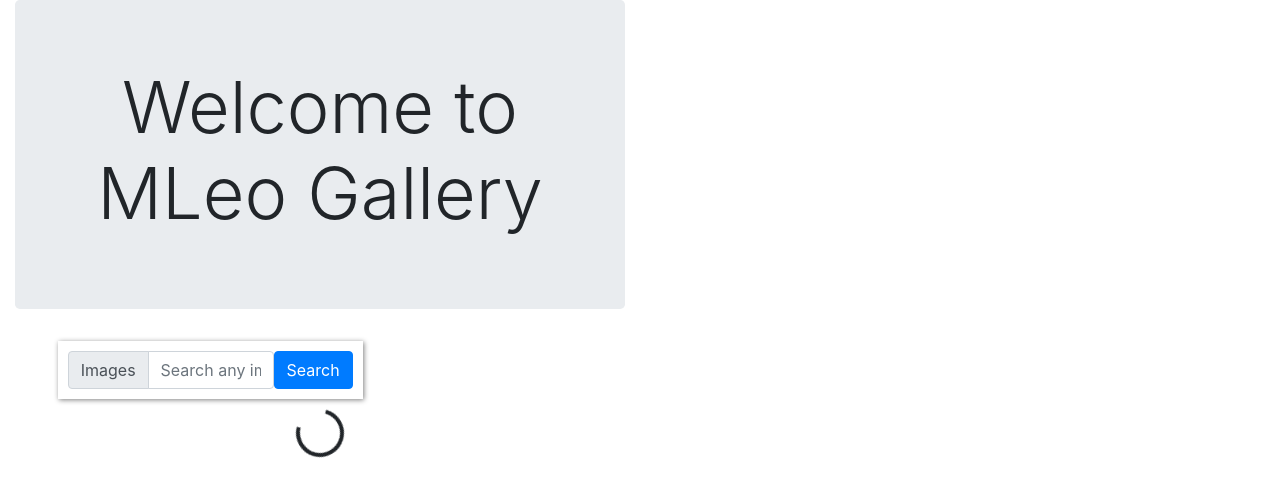
Repository: the-manohar/gallery
Page: /
An editor plug-in stored every save of this project. The page is shown before and after the next save, followed by the edit.
The browser window is 1280 px wide. The pictures show the whole page.
The project was rebuilt for these pictures with package versions that can differ from the ones it lists, and the page was loaded fresh each time.

Above is the page before, as saved 2020-06-18 23:21:11.

### src/index.js
import React from "react";
import ReactDOM from "react-dom";
import "./index.css";
import "bootstrap/dist/css/bootstrap.css";
import App from "./App";
import * as serviceWorker from "./serviceWorker";

ReactDOM.render(
  <React.StrictMode>
    <App />
  </React.StrictMode>,
  document.getElementById("root")
);

// If you want your app to work offline and load faster, you can change
// unregister() to register() below. Note this comes with some pitfalls.
// Learn more about service workers: https://bit.ly/CRA-PWA
serviceWorker.unregister();

### src/App.js
import React, { useState } from "react";
import {
  Button,
  InputGroup,
  InputGroupText,
  InputGroupAddon,
  Input,
  Jumbotron,
  Spinner,
} from "reactstrap";

import "./App.css";

function App() {
  const [value, setValue] = useState("");
  const [result, setResult] = useState([]);
  const fetchImages = () => {
    fetch(
      `https://api.unsplash.com/search/photos/?client_id=V38aA4zOjg1Xb1lBpNRUAK8duXvqwhDHHJbssXB_Pps&query=${value}&orientation=squarish&per_page=18`
    )
      .then((res) => res.json())
      .then((data) => {
        setResult(data.results);
      });
  };
  return (
    <div className="App col-sm-6">
      <Jumbotron>
        <h1 className="display-3">Welcome to MLeo Gallery</h1>
      </Jumbotron>
      <div className="mydiv col-sm-6">
        {/* <span>Search</span> */}
        <InputGroup>
          <InputGroupAddon addonType="prepend">
            <InputGroupText>Images</InputGroupText>
          </InputGroupAddon>
          <Input
            placeholder="Search any image"
            value={value}
            onChange={(event) => setValue(event.target.value)}
          />
        </InputGroup>
        <Button color="primary" onClick={() => fetchImages()}>
          Search
        </Button>
      </div>

      {result.length > 0 ? (
        <div className="gallery">
          {result.map((item) => {
            return (
              <img
                className="item img-thumbnail"
                key={item.id}
                src={item.urls.small}
                alt={item.urls.small}
              />
            );
          })}
        </div>
      ) : (
        <Spinner style={{ width: "3rem", height: "3rem" }} />
      )}
    </div>
  );
}

export default App;

//

### src/App.css
.App {
  text-align: center;
}
.mydiv {
  display: flex;
  justify-content: space-around;
  margin: 10px 7%;
  box-shadow: 1px 1px 5px grey;
  padding: 10px;
}

.gallery {
  display: flex;
  flex-wrap: wrap;
  justify-content: space-around;
}
.item {
  width: 30%;
  margin: 5px;
}

Loaded but not shown: public/index.html (common file); src/index.css (common file); src/serviceWorker.js (common file)

After the next save:
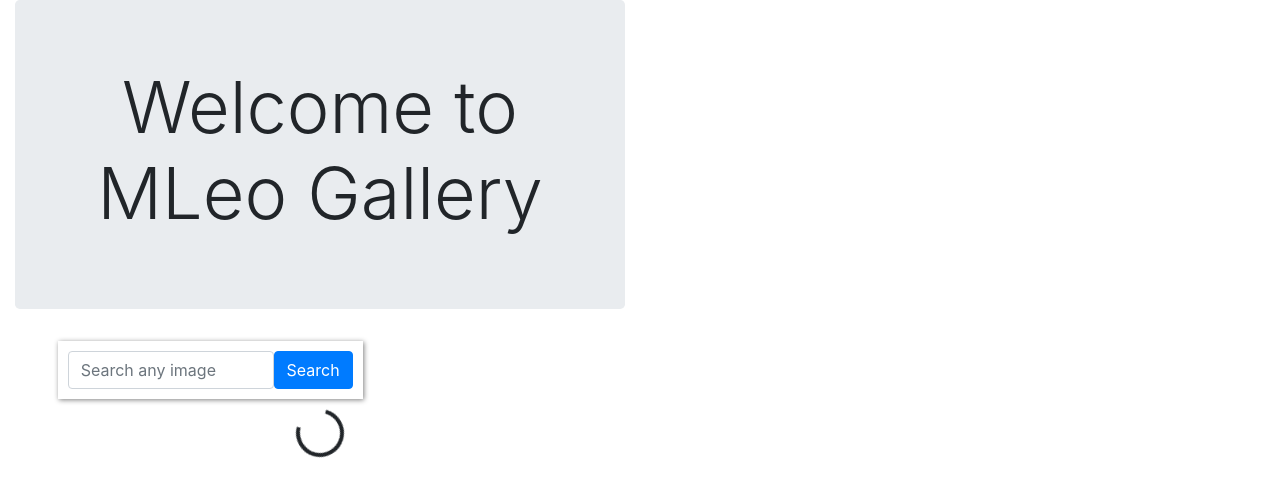
Saved 27 s later.
--- a/src/App.js
+++ b/src/App.js
@@ -31,9 +31,9 @@ function App() {
       <div className="mydiv col-sm-6">
         {/* <span>Search</span> */}
         <InputGroup>
-          <InputGroupAddon addonType="prepend">
+          {/* <InputGroupAddon addonType="prepend">
             <InputGroupText>Images</InputGroupText>
-          </InputGroupAddon>
+          </InputGroupAddon> */}
           <Input
             placeholder="Search any image"
             value={value}
